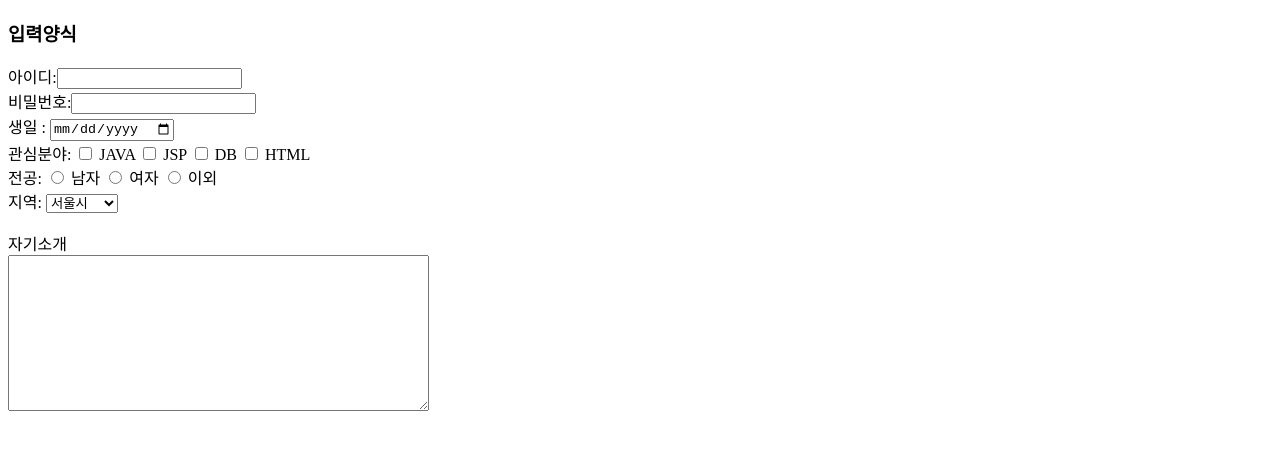
Repository: Muji1412/JSPstudy
Page: http://localhost/JSPbasic/request/quiz01.jsp
The author's editor kept a copy of each file at every save. The page is drawn from the files as they stood at one save, then again after the next save.
The browser window is 1280 px wide. The pictures show the whole page.
The page is served by Tomcat 9.

Above is the page before, as saved 2025-02-20 01:16:19.

After the next save:
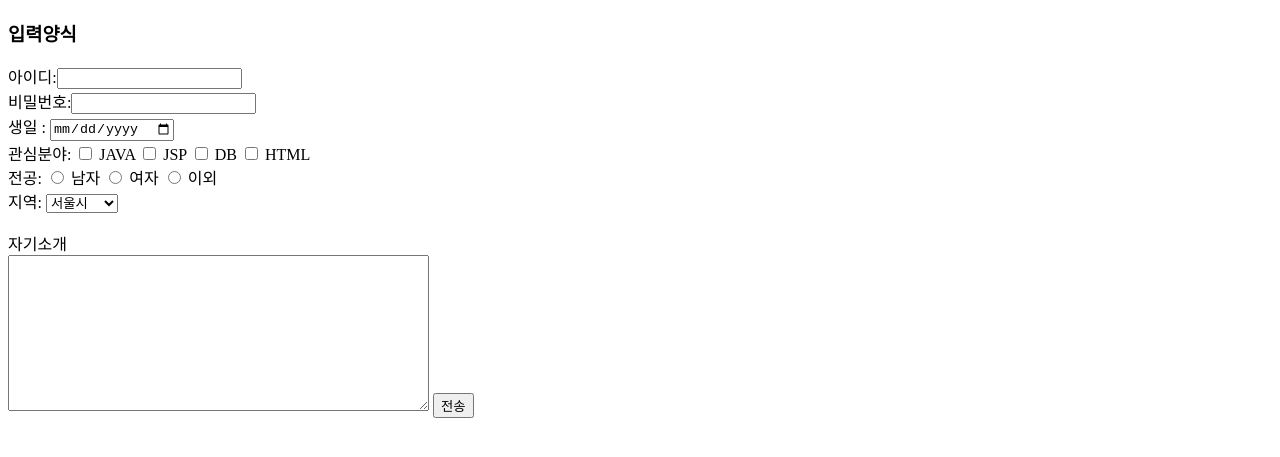
Saved 30 s later.
--- a/workspace/JSPbasic/src/main/webapp/request/quiz01.jsp
+++ b/workspace/JSPbasic/src/main/webapp/request/quiz01.jsp
@@ -54,6 +54,8 @@
     <br>
     <textarea rows="10" cols="50" name="hello"></textarea>
 
+    <input type ="submit" value="전송">
+
   </form>
 
 </body>
